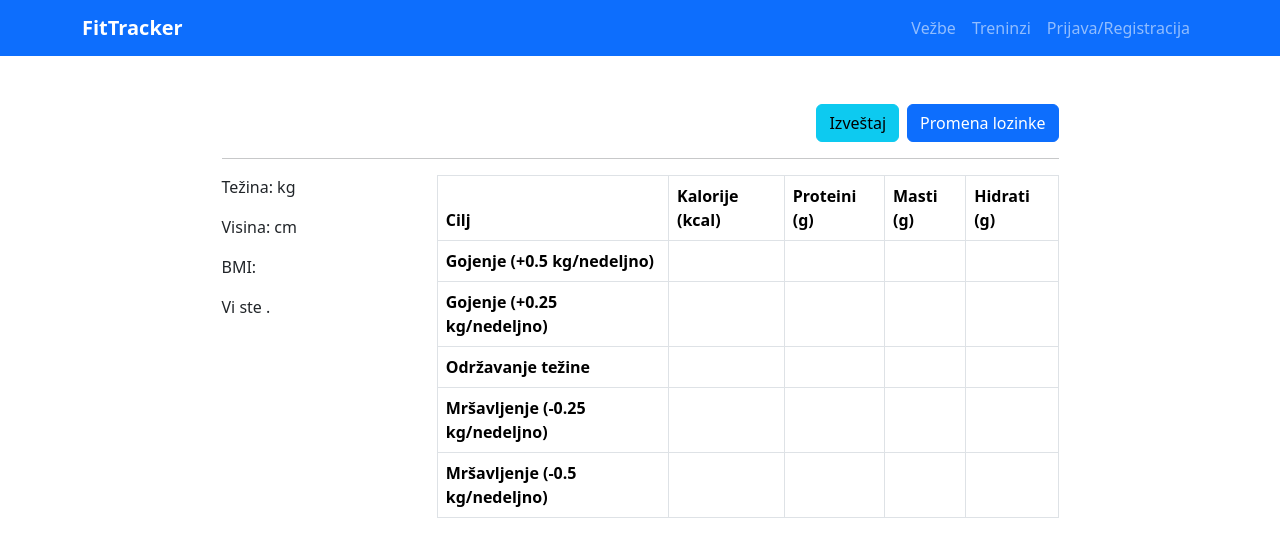
Repository: M1K1B/FitTracker
Page: http://localhost/FitTrackerWeb/profil.jsp
These files come from the project's save history. The page is drawn as it stood at one moment and after the next save; the edit follows.
The browser window is 1280 px wide. The pictures show the whole page.
The page is served by Tomcat 9. The template is opened directly, without the code that normally fills it, so the values that code supplies are empty.

Above is the page before, as saved 2024-02-06 13:51:53.

After the next save:
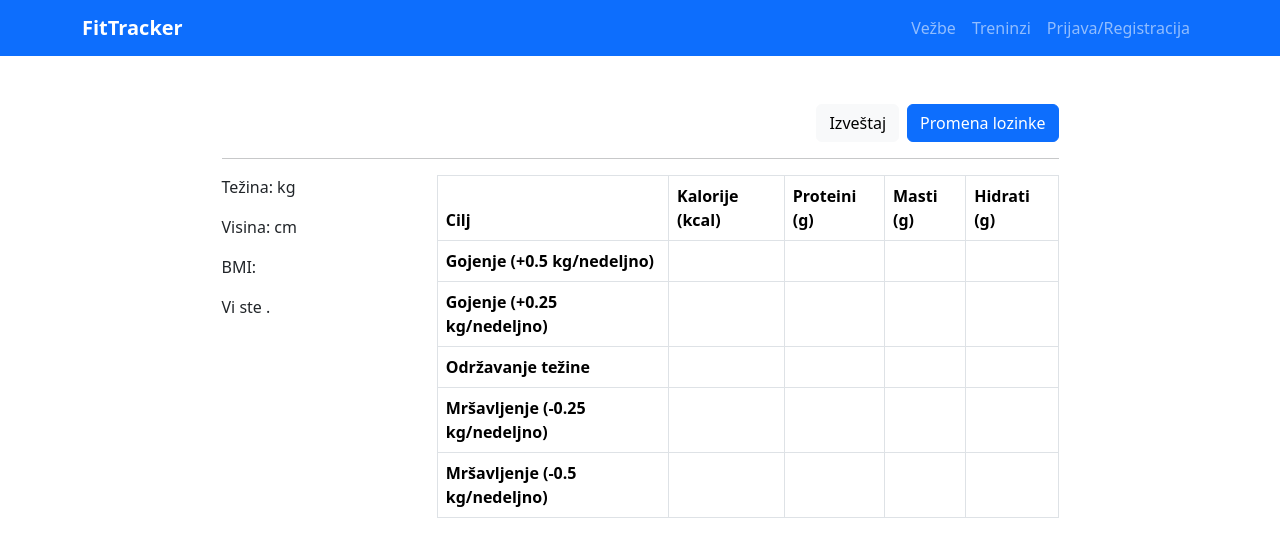
Saved 17 s later.
--- a/FitTrackerWeb/src/main/webapp/profil.jsp
+++ b/FitTrackerWeb/src/main/webapp/profil.jsp
@@ -38,7 +38,7 @@
 					<p>${ korisnik.email }</p>
 				</div>
 				<div class="flex-grow-1"></div>
-				<a class="btn btn-info">Izveštaj</a>
+				<a class="btn btn-light">Izveštaj</a>
 				<a class="btn btn-primary ms-2">Promena lozinke</a>
 			</div>
 			<hr>
